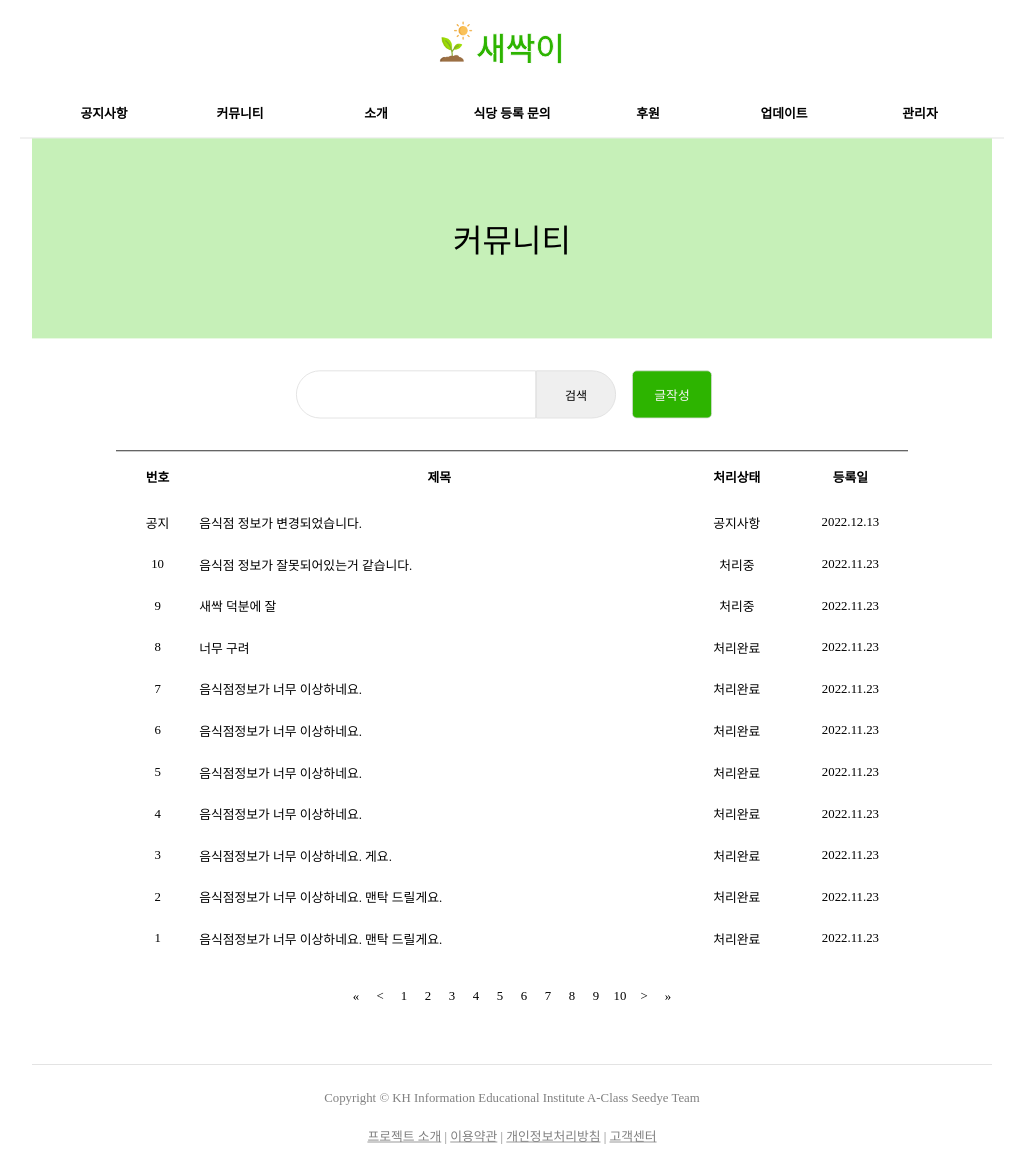
Repository: Seedye/Seedye
Page: team/src/main/webapp/html/board/board-list.html
An editor plug-in stored every save of this project. The page is shown before and after the next save, followed by the edit.
The browser window is 1280 px wide. The pictures show the whole page, at 80% of full size.
Some web fonts or font styles are not loaded; a fallback is used.

Above is the page before, as saved 2022-12-14 16:49:09.

### team/src/main/webapp/html/board/board-list.html
<!DOCTYPE html>
<html lang="en">
<head>
    <meta charset="UTF-8">
    <meta http-equiv="X-UA-Compatible" content="IE=edge">
    <meta name="viewport" content="width=device-width, initial-scale=1.0">
    <title>boardList</title>
    <link rel="stylesheet" href="../../resources/css/header.css">
    <link rel="stylesheet" href="../../resources/css/boardList-style.css">
</head>
<body>
  <header>
        <!-- 헤더 -->
        <section id="header-container">
            <!-- 로고 -->
            <section id="logo-section">
                <a href="#"><img id="logo" src="../../resources/images/새싹이.png"></a>
                <a href="#" id="logo-content">새싹이</a>
            </section>
            <!-- 메뉴창 -->
            <nav id="nav-bar">
                <ul>
                    <li><a href="#"></a>공지사항</li>
                <li><a href="#"></a>커뮤니티</li>
                <li><a href="#"></a>소개</li>
                <li><a href="#"></a>식당 등록 문의</li>
                <li><a href="#"></a>후원</li>
                <li><a href="#"></a>업데이트</li>
                <li><a href="#"></a>관리자</li>
            </ul>
        </nav>
    </section>
    </header>
    <main>
      <!-- board 영역 -->
      <section class="board-body-area">
        <div class="board-title">커뮤니티</div>

        <!-- 검색 -->
        <div class="board-list-serch-write-area">
          <!-- 검색어 입력 input -->
          <div class="board-list-serch">
            <input type="text" >
          </div>
          <!-- 검색 버튼 -->
          <button>검색</button>
          <!-- 글작성 버튼 -->
          <div class="board-write-btn">글작성</div>
        </div>

        <!-- 게시글 리스트 영역 -->
        <div class="board-list-area">
          <!-- 게시글 나타나는 테이블 -->
          <table class="board-list-table">
            <thead class="board-list-thead">
              <th>번호</th>
              <th>제목</th>
              <th>처리상태</th>
              <th>등록일</th>
            </thead>
            <tbody>

              <!-- 공지 -->
              <tr>
                <td>공지</td>
                <td>음식점 정보가 변경되었습니다.</td>
                <td>공지사항</td>
                <td>2022.12.13</td>
      <!-- colspan="2" -->
              </tr>

              <!-- 게시물 -->
              <tr>
                <td>10</td>
                <td>음식점 정보가 잘못되어있는거 같습니다.</td>
                <td>처리중</td>
                <td>2022.11.23</td>
              </tr>

              <tr>
                <td>9</td>
                <td>새싹 덕분에 잘 </td>
                <td>처리중</td>
                <td>2022.11.23</td>
              </tr>

              <tr>
                <td>8</td>
                <td>너무 구려</td>
                <td>처리완료</td>
                <td>2022.11.23</td>
              </tr>

              <tr>
                <td>7</td>
                <td>음식점정보가 너무 이상하네요. </td>
                <td>처리완료</td>
                <td>2022.11.23</td>
              </tr>
              <tr>
                <td>6</td>
                <td>음식점정보가 너무 이상하네요.  </td>
                <td>처리완료</td>
                <td>2022.11.23</td>
              </tr>
              <tr>
                <td>5</td>
                <td>음식점정보가 너무 이상하네요.  </td>
                <td>처리완료</td>
                <td>2022.11.23</td>
              </tr>
              <tr>
                <td>4</td>
                <td>음식점정보가 너무 이상하네요. </td>
                <td>처리완료</td>
                <td>2022.11.23</td>
              </tr>
              <tr>
                <td>3</td>
                <td>음식점정보가 너무 이상하네요. 게요. </td>
                <td>처리완료</td>
                <td>2022.11.23</td>
              </tr>
              <tr>
                <td>2</td>
                <td>음식점정보가 너무 이상하네요. 맨탁 드릴게요. </td>
                <td>처리완료</td>
                <td>2022.11.23</td>
              </tr>
              <tr>
                <td>1</td>
                <td>음식점정보가 너무 이상하네요. 맨탁 드릴게요. </td>
                <td>처리완료</td>
                <td>2022.11.23</td>
              </tr>
            </tbody>


          </table>

            <ul class="board-list-page-area">
              <li>&laquo;</li>
              <li>&lt;</li>
              <li>1</li>
              <li>2</li>
              <li>3</li>
              <li>4</li>
              <li>5</li>
              <li>6</li>
              <li>7</li>
              <li>8</li>
              <li>9</li>
              <li>10</li>
              <li>&gt;</li>
              <li>&raquo;</li>
            </ul>
            <!-- <div class="board-list-page-num"></div>
            <div class="board-list-page-num"></div> -->
          </div>

      </section>
    </main>

    <footer>
        <p>
            Copyright &copy; KH Information Educational Institute A-Class Seedye Team
        </p>
        <article>
            <a href="#">프로젝트 소개</a>
            <span>|</span>
            <a href="#">이용약관</a>
            <span>|</span>
            <a href="#">개인정보처리방침</a>
            <span>|</span>
            <a href="#">고객센터</a>
        </article>
    </footer>

</body>
</html>

### team/src/main/webapp/resources/css/header.css

@font-face {
    font-family: 'yg-jalnan';
    src: url('https://cdn.jsdelivr.net/gh/projectnoonnu/noonfonts_four@1.2/JalnanOTF00.woff') format('woff');
    font-weight: normal;
    font-style: normal;
}


@font-face {
    font-family: 'NIXGONM-Vb';
    src: url('https://cdn.jsdelivr.net/gh/projectnoonnu/noonfonts_six@1.2/NIXGONM-Vb.woff') format('woff');
    font-weight: normal;
    font-style: normal;
}

*{
    box-sizing: border-box;
    margin: 0;
    padding: 0;
}

body{
    display: flex;
    justify-content: center;
    align-items: center;
    flex-direction: column;
}


#logo-section{
    width: 1200px;
    display: flex;
    justify-content: center;
    align-items: center;
    margin-top: 20px;
}

#logo{
    width: 50px;
    height: 50px;
}

#logo-content{
    color: #2db400;
    -webkit-text-stroke: 1px white;
    text-decoration: none;
    font-weight: bold;
    font-family: yg-jalnan;
    font-size: 40px;
    padding-top: 10px;
}

#nav-bar{
    display: flex;
    justify-content: center;
    margin: 20px 0px  0px  0px;
}

#nav-bar > ul {
    width: 100%;
    display: flex;
    justify-content: space-between;
    font-weight: bold;
    border-bottom: 1px solid #ddd;
    padding: 0px 20px;
}

#nav-bar > ul > li{
    font-family: NIXGONM-Vb;
    float: left;
    display: flex;
    justify-content: center;
    padding: 20px 35px;
    border-radius: 6px;
    cursor: pointer;
    width: 170px;
    height: auto;
}

#nav-bar > ul > li:hover{
    background-color: rgba(45, 180, 0, 0.6);
    color: white;
    transition-duration: 0.3s;
}

footer {
    width: 1200px;
    height: 134px;
    color: gray;
    font-size: var(--small-font-size);
    padding: 20px 0;

    display: flex;
    flex-direction: column;
    justify-content: space-around;
    align-items: center;

    /* position: absolute; */
    bottom: 0;

    border-top: 1px solid #ddd;
  }

  footer a {
    color: gray;
  }

### team/src/main/webapp/resources/css/boardList-style.css
*{
  font-family: "NIXGONM-Vb";
}

.board-title{
  /* margin-top: 0; */
  width: 1200px;
  height: 250px;
  background-color: #c6f0b8;
  display: flex;
  justify-content: center;
  align-items: center;
  font-size: 40px;
}
/* 검색 영역 스타일 */
.board-list-serch-write-area{
  display: flex;
  align-items: center;
  justify-content: center;
  margin-top: 20px;
  margin-bottom: 20px;

}
.board-list-serch{
  width: 300px;
  height: 60px;
  border-radius: 30px 0 0 30px;
  border: 1px solid #ddd;

  display: flex;
    justify-content: end;
    align-items: center;
}
.board-list-serch > input{
  width: 260px;
  height: 50px;
  border: 0px;
  font-size: 20px;
}
.board-list-serch > input:focus{
  outline: none;

}
.board-list-serch-write-area > button{
  height: 60px;
  width: 100px;
  border-radius: 0 30px 30px 0;
  border: 1px solid #ddd;
  font-size: 15px;
  cursor: pointer;
}

.board-write-btn{
  margin: 20px;
  width: 100px;
  height: 60px;
  display: flex;
  align-items: center;
  border-radius: 6px;
  justify-content: center;
  border: 1px solid #ddd;
  cursor: pointer;
  background-color: #2db400;
  color: whitesmoke;
}
.board-write-btn:hover{
  transition-duration: 0.2s;
  background-color: #2aa800;
  box-shadow: 1px 1px 1px 1px rgb(216, 216, 216);
  border:none;
}
/* 테이블 스타일 */
.board-list-table{
  text-align: center;

  margin: auto;
  /* width: 90vw; */
  border-top: 1px solid black;
}
/* .board-list-area{
  height: 500px;
} */
.board-list-thead{
  height: 60px;
  /* background-color: red; */
  border-top: 2px solid red;
}
.board-list-thead > tr{
  border: 2px solid red;
}
/* 게시글 번호 부분 */
.board-list-table > tbody > tr > td:first-child {
  width: 100px;
  height: 50px;
  cursor: pointer;
  /* background-color: blueviolet; */

  /* text-align: center; */
}
/* 게시물 제목 부분 */
.board-list-table > tbody > tr > td:nth-child(2){
  /* display: block; */
  width: 600px;
  height: 50px;
  text-align: left;
  cursor: pointer;

}
/* 게시글 처리상태/등록일 부분 */
.board-list-table > tbody > tr > td:nth-child(3),
.board-list-table > tbody > tr > td:nth-child(4){
  /* width: 140px; */
  min-width: 140px;
  height: 50px;
  cursor: pointer;
  /* background-color: red; */
}

/* {
  width: 140px;
  height: 50px;

} */

.board-list-table > tbody> tr{

  height: 50px;
}
.board-list-table > tbody> tr:hover{
  background-color: #2db4001c;

}
/* .board-list-table > tbody > tr > td:hover{
  background-color: #d8f0d0;
} */

/* 페이지 넘기기 스타일 */
.board-list-page-area{
  display: flex;
  justify-content: center;
  margin-top: 30px;
  margin-bottom: 70px;
}

.board-list-page-area>li{
  display: flex;
  justify-content: center;
  align-items: center;
  width: 30px;
  height: 30px;
  list-style:none;
  cursor: pointer;
  /* padding-left: 0px; */
}
.board-list-page-area>li:hover{
  /* background-color: #061a00; */
  border-bottom: 1px solid #2db400;
}

After the next save:
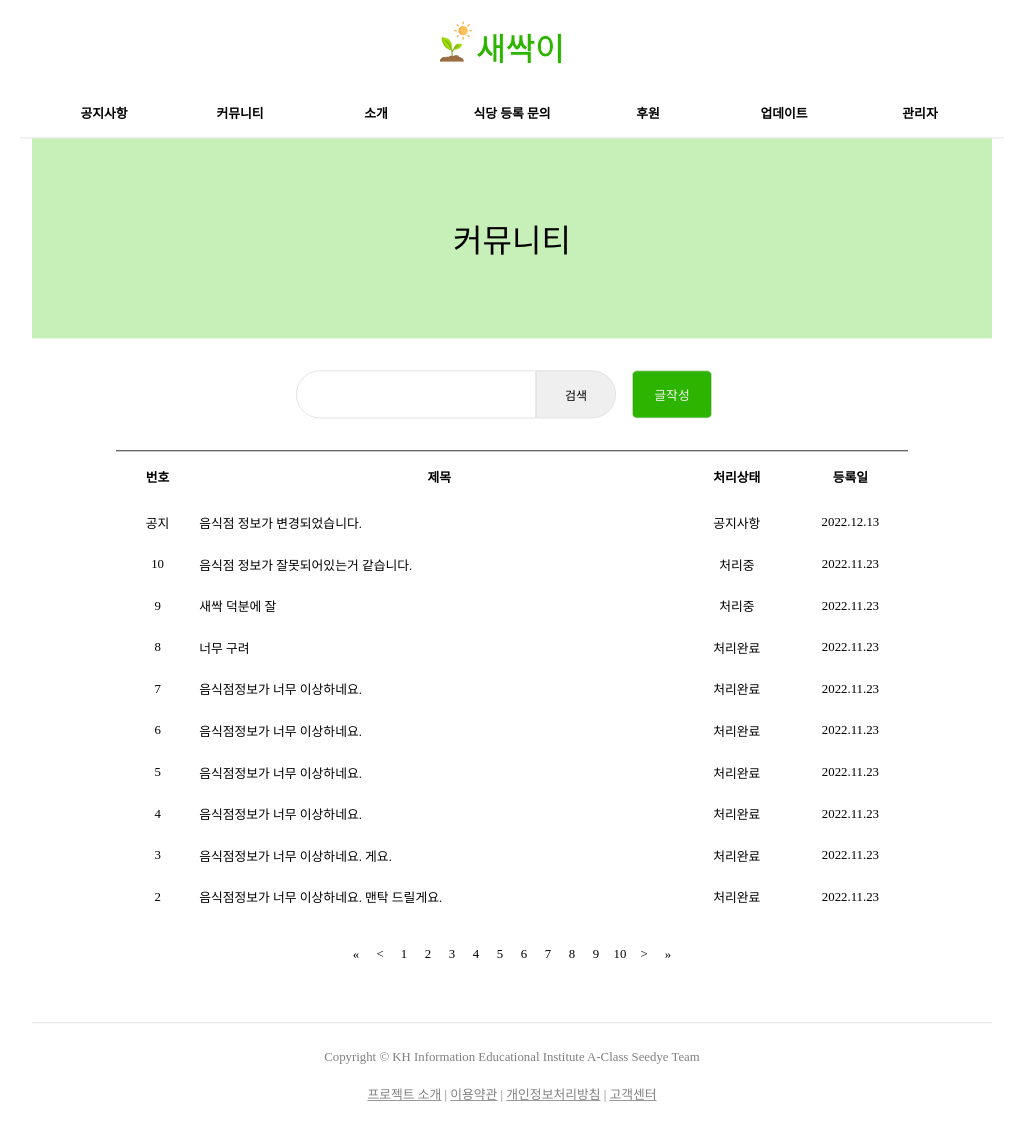
Saved 76 s later.
--- a/team/src/main/webapp/html/board/board-list.html
+++ b/team/src/main/webapp/html/board/board-list.html
@@ -127,12 +127,7 @@
                 <td>처리완료</td>
                 <td>2022.11.23</td>
               </tr>
-              <tr>
-                <td>1</td>
-                <td>음식점정보가 너무 이상하네요. 맨탁 드릴게요. </td>
-                <td>처리완료</td>
-                <td>2022.11.23</td>
-              </tr>
+
             </tbody>
 
 
